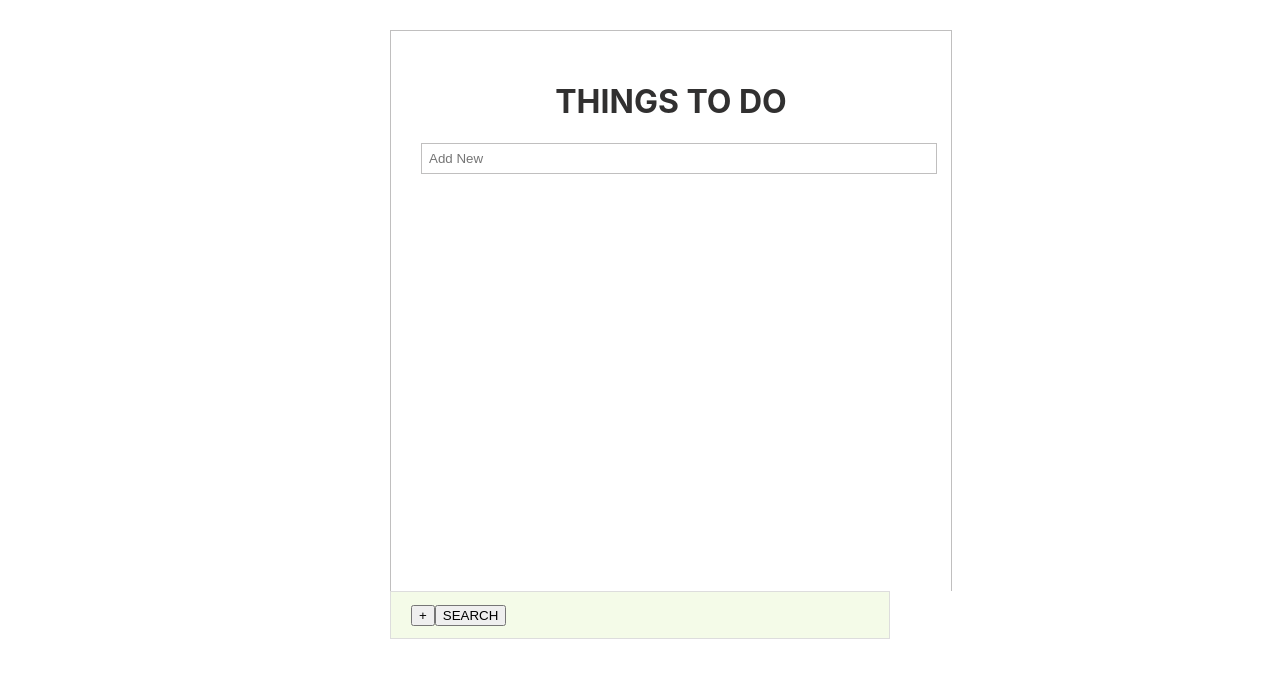
Repository: kirangautam45/To-Do-Application
Page: /
An editor plug-in stored every save of this project. The page is shown before and after the next save, followed by the edit.
The browser window is 1280 px wide. The pictures show the whole page.
The project was rebuilt for these pictures with package versions that can differ from the ones it lists, and the page was loaded fresh each time.

Above is the page before, as saved 2022-08-11 12:06:11.

### src/App.js
import './App.css';

function App() {
  return (
    <div className="App">
      <div className='To_Body'>
        <h1 className='Header'> THINGS TO DO</h1>
        <input className='Input_text' placeholder='Add New' />
        </div>
        <div className='Wrapper_Icon_group'>
          <div  className='Icon_group'>
          <button className=''>+</button>
          <button>SEARCH</button>
          </div>

        </div>
    </div>
  );
}

export default App;

### src/App.css
.App {
  background-color: #ccc;
  width: 500px;
margin: 30px auto;
}
.Header{
  text-align: center;
  color:rgb(49, 48, 48);
}
.To_Body{
min-width: 500px;
min-height: 500px ;
justify-content: center;
background-color: #ffffff;
padding: 30px;
border: 1px rgb(192, 191, 191);
    border-top-style: none;
    border-right-style: none;
    border-left-style: none;
border-style: solid solid none;
}
.Input_text{
  outline: none;
  width: 100%;
  padding: 7px;
  border: 1px solid  rgb(192, 191, 191);
  margin-bottom: 2%;
}
.Wrapper_Icon_group{
  height: auto;
  width: auto;
justify-content: space-between;
border: 1px solid #ddd;
background-color: #f4fbe8;
padding: 12px 20px;
font-weight: 300
}
.Icon_group {

}

Loaded but not shown: public/index.html (common file); src/index.js (common file); src/index.css (common file)

After the next save:
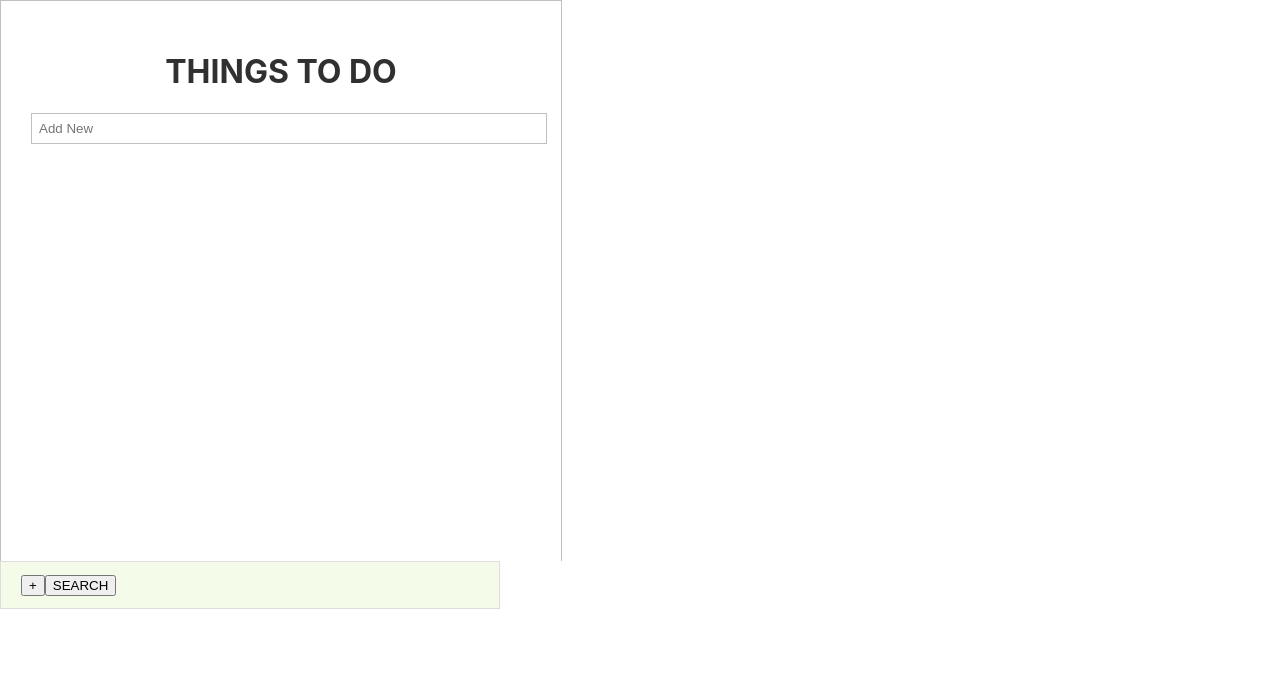
Saved 19 s later.
--- a/src/App.css
+++ b/src/App.css
@@ -1,7 +1,7 @@
 .App {
   background-color: #ccc;
   width: 500px;
-margin: 30px auto;
+
 }
 .Header{
   text-align: center;
